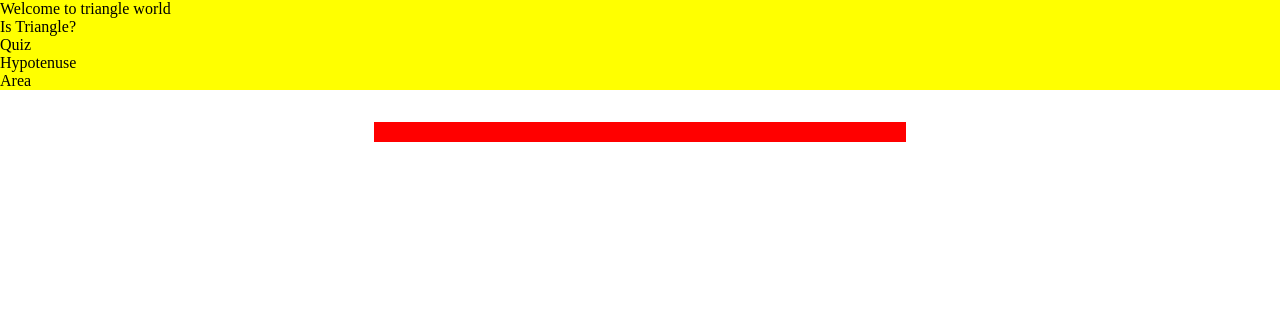
Repository: patelamancode/Fun-with-trianles
Page: index.html
These files come from the project's save history. The page is drawn as it stood at one moment and after the next save; the edit follows.
The browser window is 1280 px wide. The pictures show the whole page.

Above is the page before, as saved 2022-11-28 15:25:49.

### index.html
<!DOCTYPE html>
<html lang="en">
<head>
    <meta charset="UTF-8">
    <meta http-equiv="X-UA-Compatible" content="IE=edge">
    <meta name="viewport" content="width=device-width, initial-scale=1.0">
    <link rel="stylesheet" href="index.css">
    <title>Fun-With-Triangles</title>
</head>
<body>
    <nav id="navbar">
        <p>Welcome to triangle world</p>
        <div>
            <p>Is Triangle?</p>
            <p>Quiz</p>
            <p>Hypotenuse</p>
            <p>Area</p>
        </div>
    </nav>
    <div id="main-container">

    </div>
</body>
</html>

### index.css
*{
    margin: 0;
    padding: 0;
}

#navbar{
    background-color: yellow;
}



#main-container {
    background-color: red;
    display: flex;
    flex-direction: column;
    width: 40vw;
    margin: auto;
    margin-top: 2rem;
    padding: 10px;
    text-align: center;
  }

After the next save:
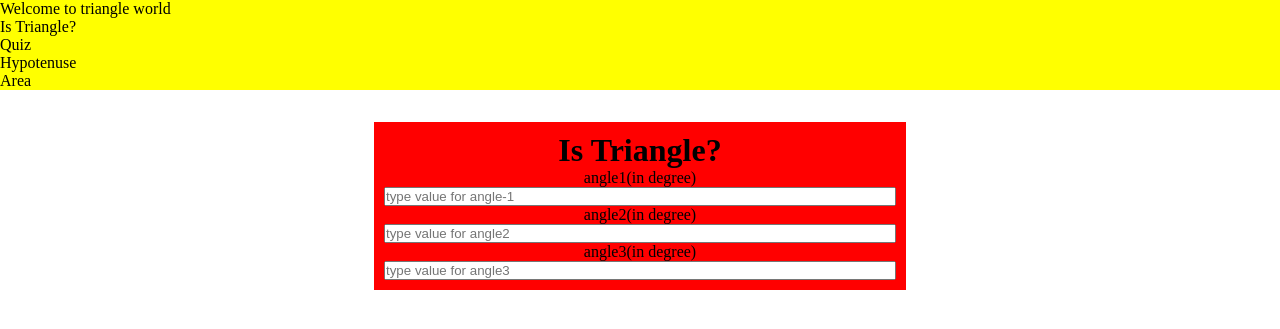
Saved 11 min 38 s later.
--- a/index.html
+++ b/index.html
@@ -18,7 +18,13 @@
         </div>
     </nav>
     <div id="main-container">
-
+        <h1>Is Triangle?</h1>
+        <label for="angle1">angle1(in degree)</label>
+        <input type="text" id="angle1-input" placeholder="type value for angle-1">
+        <label for="angle2">angle2(in degree)</label>
+        <input type="text" id="angle2-input" placeholder="type value for angle2">
+        <label for="angle3">angle3(in degree)</label>
+        <input type="text" id="angle3-input" placeholder="type value for angle3">
     </div>
 </body>
 </html>
